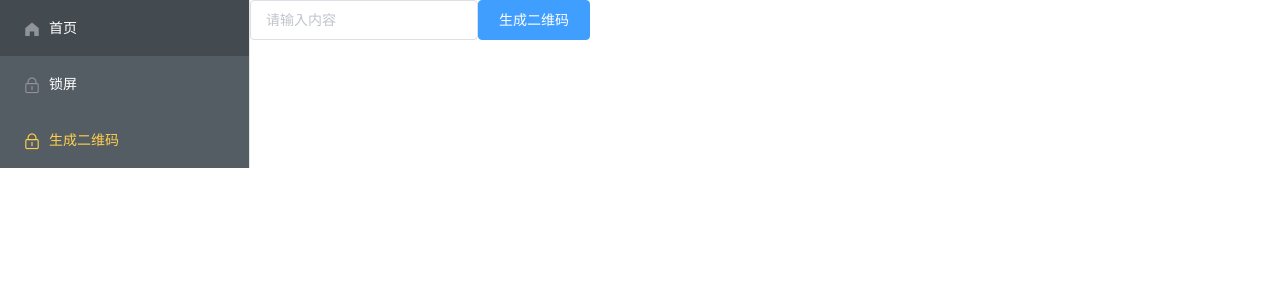
Repository: wujingwenwu/-vue-2.0
Page: /qrcode
The author's editor kept a copy of each file at every save. The page is drawn from the files as they stood at one save, then again after the next save.
The browser window is 1280 px wide. The pictures show the whole page.
The project was rebuilt for these pictures with package versions that can differ from the ones it lists, and the page was loaded fresh each time. Also part of the build but not shown: src/views/Home.vue, src/components/w-lockScreen/w-lockScreen.vue, src/components/w-qrcode/w-qrcode.vue.

Above is the page before, as saved 2020-10-01 17:15:33.

### src/main.js
import Vue from "vue";
import App from "./App.vue";
import router from "./router";
import store from "./store";
import ElementUI from 'element-ui';
import 'element-ui/lib/theme-chalk/index.css';
import  "./globalComponents"
Vue.config.productionTip = false;
Vue.use(ElementUI);
new Vue({
  router,
  store,
  render: h => h(App)
}).$mount("#app");

### src/App.vue
<template>
  <div id="app">

    <router-view />
  </div>
</template>

<style lang="scss">
@import "./style/demo";
*{
  margin: 0;
  padding: 0;
}
</style>

### src/router/index.js
import Vue from "vue";
import VueRouter from "vue-router";
import Home from "../views/Home.vue";
import Layout from "../views/layout/layout"
Vue.use(VueRouter);

const routes = [
  {
    path: "/home",
    name: "",
    component: Home
  },
  {
    path: "",
    component: Layout,
    children:[
      {
        path: "/",
        name: "Home",
        component: Home
      },
      {
        path: "/lockScreen",
        name: "LockScreen",
        component: () =>
          import("../views/lockScreen/LockScreen")
      },
      {
        path: "/qrcode",
        name: "Qrcode",
        component: () =>
          import("../views/qrcode/Qrcode.vue")
      },
    ]
  },
  {
    path: "/about",
    name: "About",
    component: () =>
      import("../views/About.vue")
  },
];

const router = new VueRouter({
  mode: "history",
  base: process.env.BASE_URL,
  routes
});
router.beforeEach((to, from, next) => {
  const lockFlag = localStorage.getItem('password');
  if(lockFlag === '0'&&from.path!=="/lockScreen"){
      next(false)
  }else{
    next()
  }
})
export default router;

### src/store/index.js
import Vue from "vue";
import Vuex from "vuex";

Vue.use(Vuex);

export default new Vuex.Store({
  state: {
    // passpords:''
  },
  mutations: {
    // setUser(state, data) {
    //   state.passpords = data
    // }
  },
  actions: {},
  modules: {}
});

### src/globalComponents/index.js
import Vue from 'vue'

import WLockScreen from '../components/w-lockScreen/w-lockScreen';
import WQrcode from "../components/w-qrcode/w-qrcode.vue"


Vue.component('wLockScreen', WLockScreen)
Vue.component('WQrcode', WQrcode)

### src/style/demo.scss
.d-f{
    display: flex;
    /* 弹性盒模型 */
}
.f-s-12{
    font-size: 12px;
    /* 字体大小为12px */
}
.f-s-14{
    font-size: 14px;
    /* 字体大小为14px */
}
.f-s-16{
    font-size: 16px;
    /* 字体大小为16px */
}
.f-w{
    font-weight: 700;
    /*字体 加粗 */
}
.f-c-ho{
    color: #f00;
    /* 红色 */
}
.f-c-hu{
    color: #ccc;
    /* 灰色 */
}
.f-c-b{
    color: #ffffff;
    /* 白色 */
}
.f-c-he{
    color: #000;
    /* 黑色 */
}
.t-a-l{
    text-align: left;
    /* 文本左对齐 */
}
.t-a-c{
    text-align: center;
    /* 文本居中 */
}
.t-a-r{
    text-align: right;
    /* 文本右对齐 */
}
.t-d-u{
    text-decoration: underline;
    /* 装饰在文本底部 */
}
.t-d-o{
    text-decoration: overline;
    /* 装饰在顶部 */
}
.t-d-l-t{
    text-decoration: line-through;
    /* 装饰在文本中间 */
}
.d-i{
    display: inline;
    /* 块级元素装换成行内元素 */
}
.d-i-b{
    display: inline-block;
    /* 块级元素装换成行内块元素 */
}
.d-b{
    display: block;
    /* 行内和行内块元素装换成块级元素 */
}
.d-n{
    display: none;
    /* 隐藏元素 */
}
.p-r{
    position: relative;
    /* 相对定位 */
}
.p-a{
    position: absolute;
    /* 绝对定位 */
}
.p-f{
    position: fixed;
    /* 固定定位 */
}
.b-r-50{
    border-radius: 50%;
    /* 圆角为50% */
}
.j-c-s-a{
    justify-content: space-around;
   /* 两边的子元素距离父元素的两边有间距，然后中间距离自动等分 */
}
.j-c-s-b{
    justify-content: space-between;
    /* 两边的子元素距离父元素没有间距，然后中间距离自动等分 */

}
.j-c-c{
    justify-content: center;
     /* 所有的子元素相当于父元素水平居中 */
}
.a-i-c{
    align-items: center;
    /* （竖轴排列方式）子元素相当于父元素垂直方向居中 */
}
.f-d-c{
    flex-direction: column;
    /* 弹性盒模型的竖项排列方式 */
}
*{
  margin: 0;
  padding: 0;
  /* 清除游览器的痕迹 */
}
.conter{
    display: flex;
    justify-content: center;
    /* 弹性盒模型，所有的文本在页面的中间 */
}
.warp{
   width: 1280px;
   /* 宽度为1280px，基本上不会超过1400px */
}
.o-h{
    overflow: hidden;
    /* 超出部分隐藏 */
}
.w-o-t{
    white-space: nowrap;
    overflow: hidden;
    text-overflow: ellipsis;
    /* 超出部分隐藏（只限字体） */
}
.d-n{
    display: none;
    /* 不占位置 */
}
.v-h{
    visibility: hidden;
    /* 占位置 */
}
.f-w-w{
    flex-wrap: wrap;
    /* 换行 */
}
.w-s-n{
    white-space: nowrap;
    /* 内容不换行 */
}
.m-t-20{
    margin-top: 20px;
    /* 向下20 */
}
.m-l-20{
    margin-left: 20px;

}
.m-t-10{
    margin-top: 10px;
}
.m-l-10{
    margin-left: 10px;
}
.b-c-hong{
    background-color: red;
}
.b-c-hei{
    background-color: black;
}
.b-c-bai{
    background-color: #ffffff;
}
.b-c-hui{
    background-color: #ccc;
}
.b-1-s-hong{
    border: 1px solid red;
}
.b-1-d-hong{
    border: 1px dashed red;
}
.b-1-s-bai{
    border: 1px solid #ffffff;
}
.b-1-d-bai{
    border: 1px dashed #ffffff;
}
.b-1-s-hei{
    border: 1px solid black;
}
.b-1-d-hei{
    border: 1px dashed black;
}
.b-1-s-hui{
    border: 1px solid #ccc;
}
.b-1-d-hui{
    border: 1px dashed #ccc;
}
.b-l-n{
    border-left: none;
    /* 左边框隐藏 */
}
.b-t-n{
    border-top: none;
}
.b-r-n{
    border-right: none;
}
.b-b-n{
    border-bottom: none;
}
.m-t-15{
    margin-top: 15px;
}
.m-t-30{
    margin-top: 30px;
}
.m-t-5{
    margin-top: 5px;
}
.b-none{
    border: none;
}
.f-s-18{
    font-size: 18px;
}
.m-l--10{
    margin-left: -10px;
}
.m-l-40{
    margin-left: 40px;
}
.o-n{
    outline: none;
    /* 隐藏边框 */
}

### src/views/layout/layout.vue
<template>
 <div >
  <div class="d-f">
     <div class="commit">
      <el-menu
      :default-active="$route.path"
      class="el-menu-vertical-demo"
      background-color="#545c64"
      text-color="#fff"
      active-text-color="#ffd04b" v-for="item in arr" :key="item.path">
      <el-menu-item   :index="item.path" @click="select(item.path)">
        <i :class="item.icon"></i>
        <span slot="title">{{item.name}}</span>
      </el-menu-item>
    </el-menu>
     </div>
    <router-view></router-view>
  </div>
 </div>
</template>

<script>
 export default {
   data () {
     return {
       arr:[
         {icon:"el-icon-s-home",name:"首页",path:'/'},
      {icon:"el-icon-lock",name:"锁屏",path:'/lockScreen'},
      {icon:"el-icon-lock",name:"生成二维码",path:'/qrcode'},

       ]
     }
   },
   components: {

   },
   methods: {
   select(path){
     console.log(path);
     this.$router.push(path)
   },
   },
   mounted() {

   },
   watch: {

   },
   computed: {

   }
 }
</script>

<style scoped lang='scss'>
.commit{
    width: 250px;
}
</style>

### src/views/qrcode/Qrcode.vue
<template>
 <div>
 <div class="d-f">
  <div><el-input
  placeholder="请输入内容"
  v-model="input"
  clearable>
</el-input></div>
<div><el-button type="primary" @click="qrcode">生成二维码</el-button></div>
 </div>
 <div v-if="flag===true"> <w-qrcode :input="input" :height="height" :width="width"></w-qrcode></div>
 </div>
</template>

<script>
 export default {
   name:'',
   props:{

    },
   data () {
     return {
     input:'',
     flag: false,
     height: 200,
    width: 200
   }
   },
   components: {

   },
   methods: {
    qrcode(){
     this.flag=true
    }
   },
   mounted() {

   },
   watch: {

   },
   computed: {

   }
 }
</script>

<style scoped lang='scss'>

</style>

Loaded but not shown: public/index.html (common file)

After the next save:
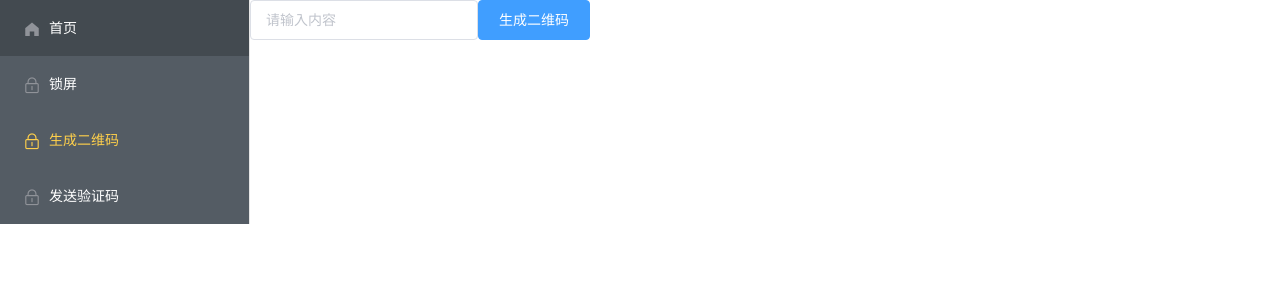
Saved 2 min 36 s later.
--- a/src/views/layout/layout.vue
+++ b/src/views/layout/layout.vue
@@ -27,7 +27,7 @@
          {icon:"el-icon-s-home",name:"首页",path:'/'},
       {icon:"el-icon-lock",name:"锁屏",path:'/lockScreen'},
       {icon:"el-icon-lock",name:"生成二维码",path:'/qrcode'},
-
+      {icon:"el-icon-lock",name:"发送验证码",path:'/countdown'},
        ]
      }
    },
